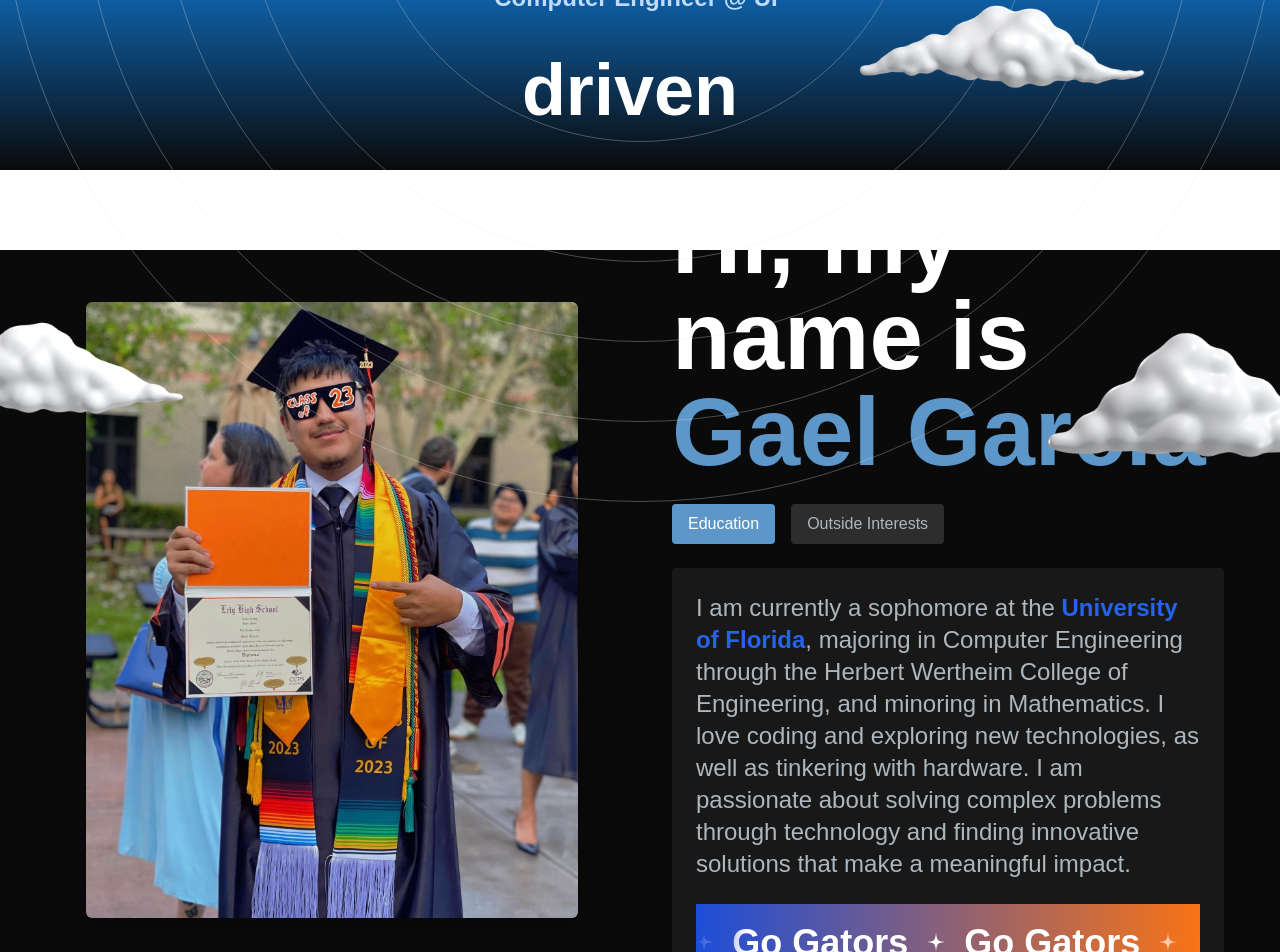
Repository: GG1627/2d-portfolio
Page: /
An editor plug-in stored every save of this project. The page is shown before and after the next save, followed by the edit.
The browser window is 1280 px wide. The pictures show the part of the page from y = 550 to 1502 px (the page is 5704 px tall before and 5832 px after).
The project was rebuilt for these pictures with package versions that can differ from the ones it lists, and the page was loaded fresh each time. The framework's server and built-in components were replaced by stand-ins that run in the browser. Also part of the build but not shown: next.config.ts.

Above is the page before, as saved 2025-01-08 13:38:52.

After the next save:
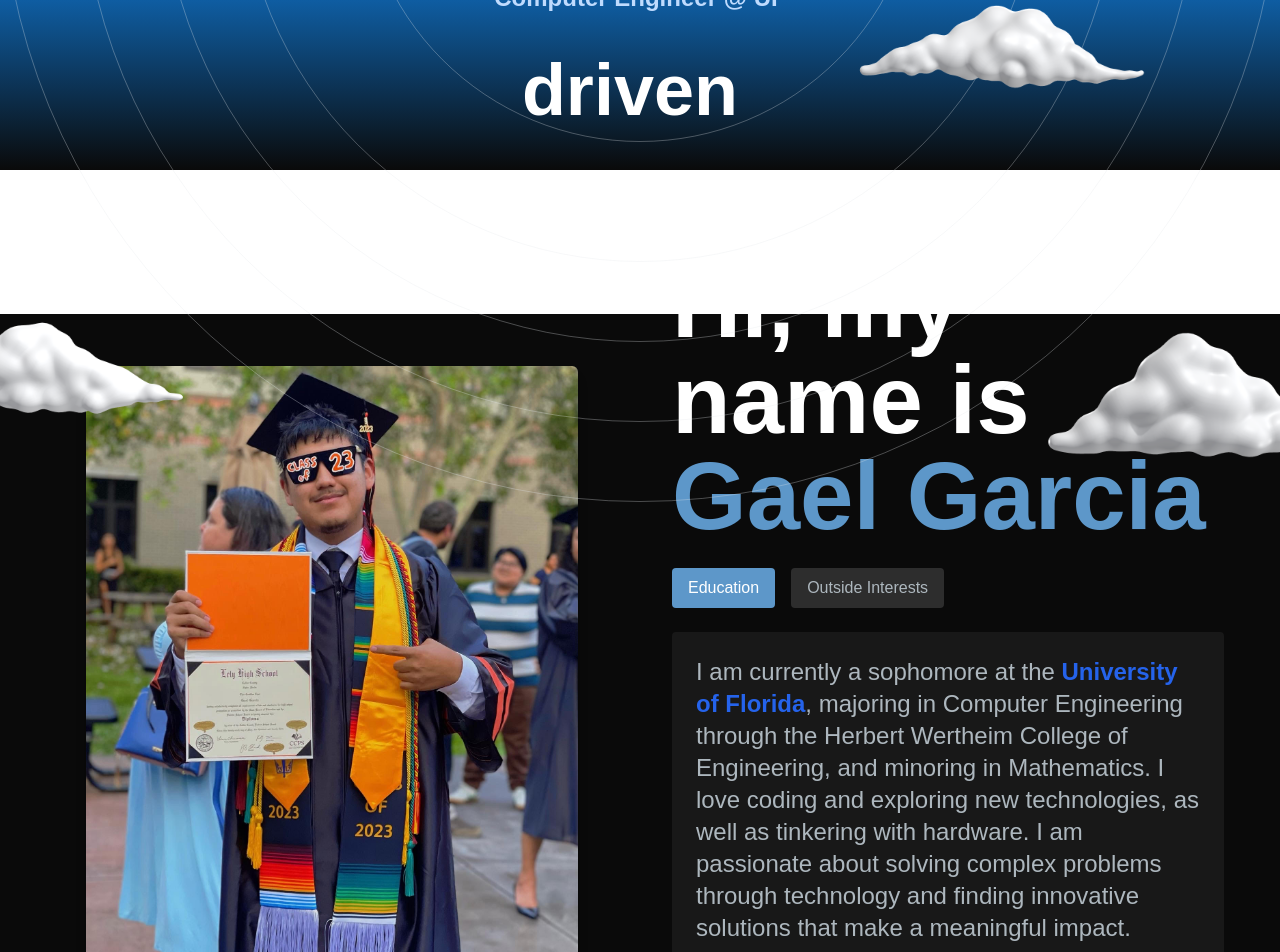
Saved 19 s later.
--- a/app/sections/About.tsx
+++ b/app/sections/About.tsx
@@ -23,7 +23,7 @@
 
   return (
     <div
-      className="h-screen flex flex-col md:flex-row p-6 bg-[#0a0a0a] text-white mt-20 mb-20"
+      className="h-screen flex flex-col md:flex-row p-6 bg-[#0a0a0a] text-white mt-36 mb-36"
       id="about"
     >
       {/* Left Section: Profile Picture */}
